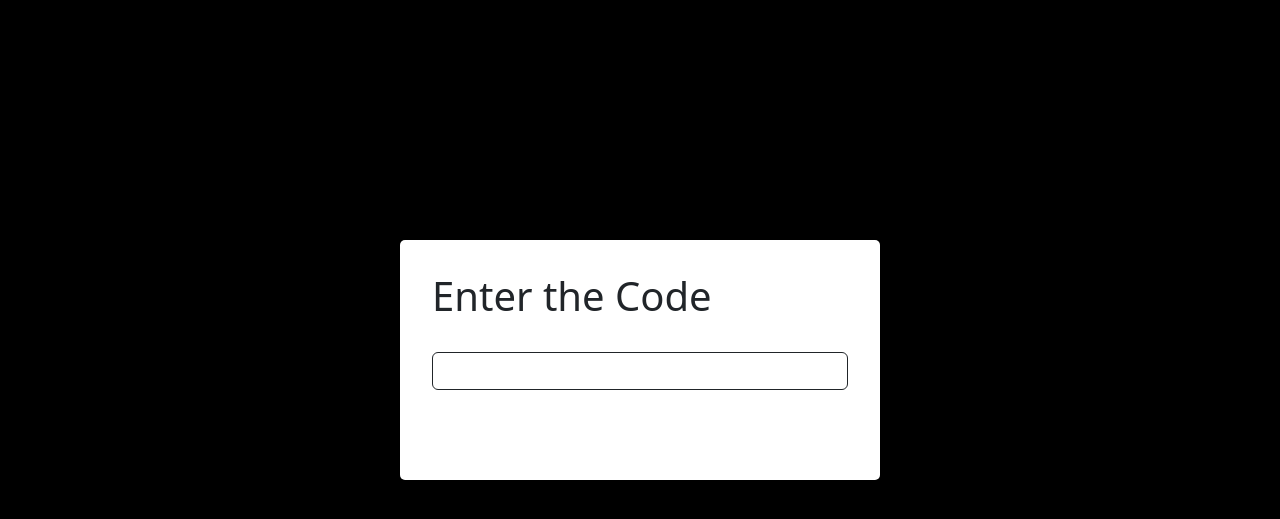
Repository: tran-thien-nhan/quiz_tlln
Page: index.html
These files come from the project's save history. The page is drawn as it stood at one moment and after the next save; the edit follows.
The browser window is 1280 px wide. The pictures show the whole page.

Above is the page before, as saved 2023-06-28 12:38:04.

### index.html
<!DOCTYPE html>
<html lang="en">

<head>
  <meta charset="UTF-8">
  <meta name="viewport" content="width=device-width, initial-scale=1.0">
  <link rel="stylesheet" href="https://cdn.jsdelivr.net/npm/bootstrap@5.3.0/dist/css/bootstrap.min.css">
  <style>
    body {
      background-color: black;
      display: flex;
      justify-content: center;
      align-items: center;
      height: 100vh;
    }

    .container {
      background-color: #fff;
      padding: 2rem;
      width: 30rem;
      height: 15rem;
      border-radius: 5px;
    }

    #button-group {
      display: flex;
      justify-content: center;
      margin-top: 1rem;
    }
    h2{
        text-align: center;
        color: red;
    }
  </style>
  <title>Registration and Login</title>
</head>

<body>
  <div class="container">
    <h1>Enter the Code</h1>
    <form id="codeForm">
      <div class="mb-3">
        <br>
        <input type="password" class="form-control border-dark" id="codeInput" required>
      </div>
      <!-- <button id="code-btn" type="submit" class="btn btn-primary">Submit</button> -->
    </form>
  </div>

  <script>
    // Code form submission handler
    document.getElementById("codeForm").addEventListener("submit", function (event) {
      event.preventDefault();
      var code = document.getElementById("codeInput").value;
      if (code === "TLLN12345") { // Kiểm tra code nhập vào
        alert("Code accepted!");
        window.location.href = "quiz.html"; // Chuyển hướng sang trang quiz.html
      } else {
        alert("Invalid code.");
      }
    });
  </script>
</body>

</html>

After the next save:
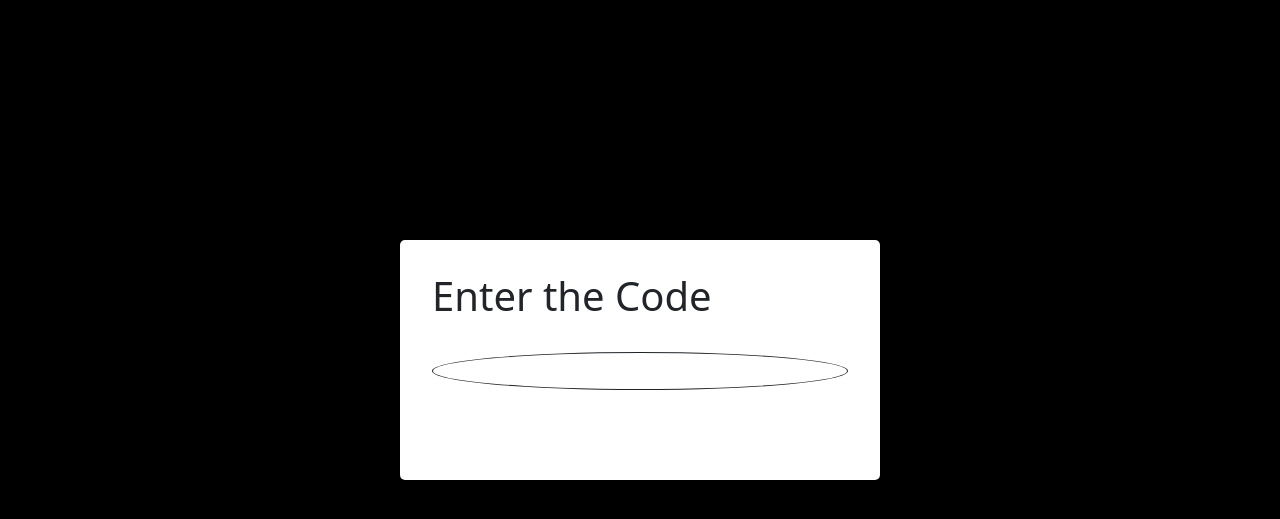
Saved 70 s later.
--- a/index.html
+++ b/index.html
@@ -41,7 +41,7 @@
     <form id="codeForm">
       <div class="mb-3">
         <br>
-        <input type="password" class="form-control border-dark" id="codeInput" required>
+        <input type="password" class="form-control border-dark rounded-circle" id="codeInput" required>
       </div>
       <!-- <button id="code-btn" type="submit" class="btn btn-primary">Submit</button> -->
     </form>

After the save that followed:
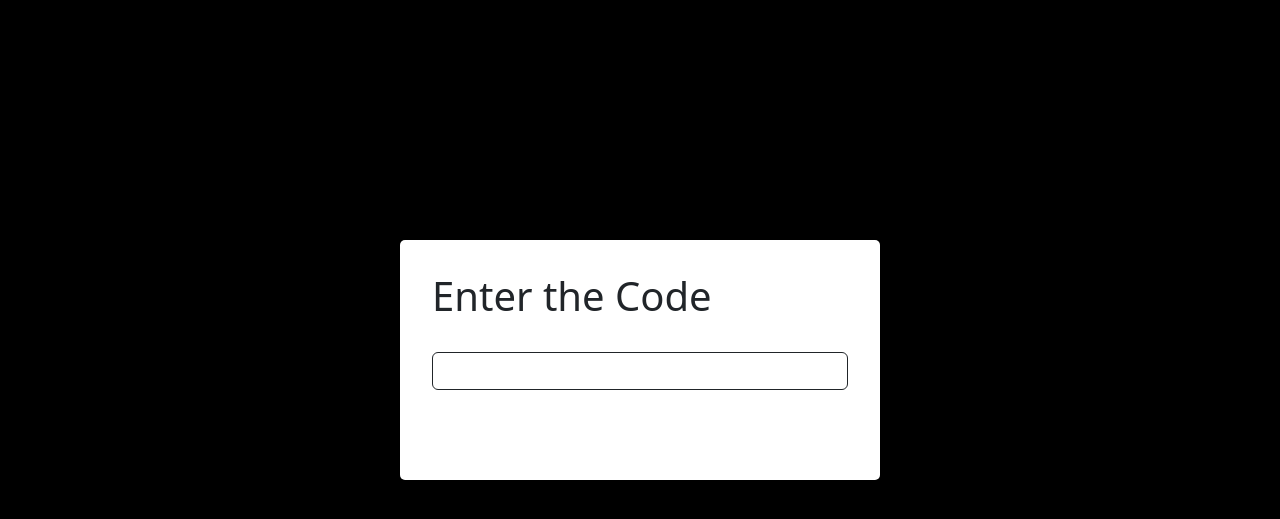
Saved 36 s later.
--- a/index.html
+++ b/index.html
@@ -41,7 +41,7 @@
     <form id="codeForm">
       <div class="mb-3">
         <br>
-        <input type="password" class="form-control border-dark rounded-circle" id="codeInput" required>
+        <input type="password" class="form-control border-dark rounded" id="codeInput" required>
       </div>
       <!-- <button id="code-btn" type="submit" class="btn btn-primary">Submit</button> -->
     </form>
